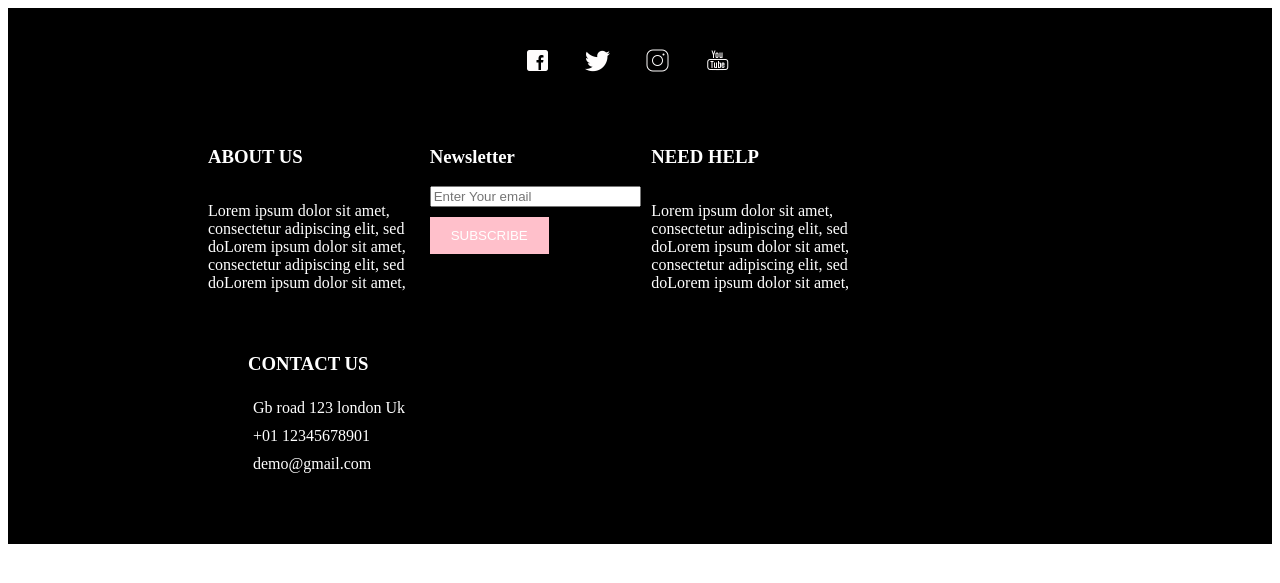
Repository: AVINKUMARP/gifts
Page: demo3.html
These files come from the project's save history. The page is drawn as it stood at one moment and after the next save; the edit follows.
The browser window is 1280 px wide. The pictures show the whole page.

Above is the page before, as saved 2023-08-24 15:49:52.

After the next save:
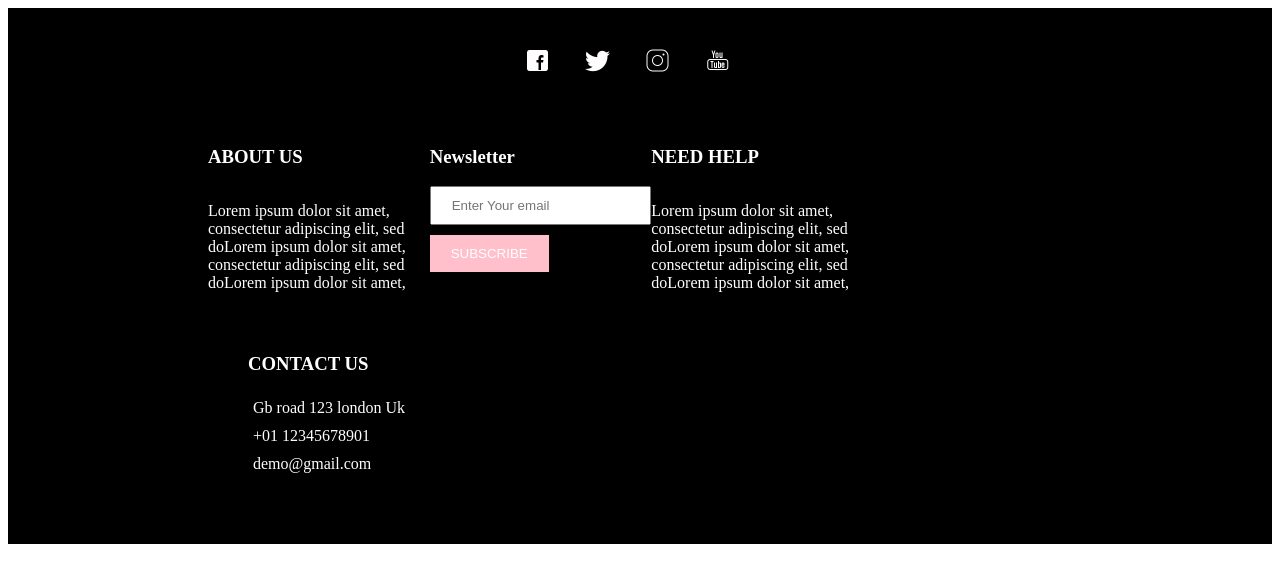
Saved 9 s later.
--- a/demo3.html
+++ b/demo3.html
@@ -46,7 +46,7 @@
             width: 24.5%;
         }
         .ltwo input{
-            padding: 10px px;
+            padding: 10px 20px;
         }
         .ltwo button{
             background-color:pink;
